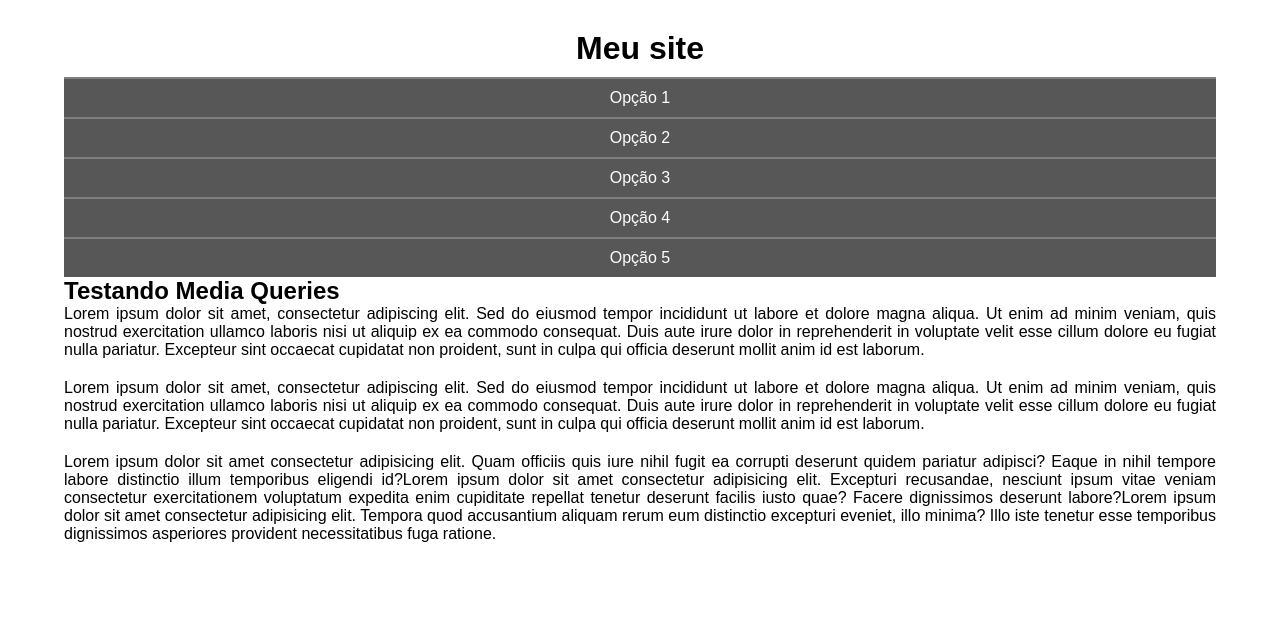
Repository: Sandro1969-tech/menu-hamburger
Page: index.html
The author's editor kept a copy of each file at every save. The page is drawn from the files as they stood at one save, then again after a run of saves.
The browser window is 1280 px wide. The pictures show the whole page.

Above is the page before, as saved 2025-12-25 18:34:57.

After the next 2 saves:
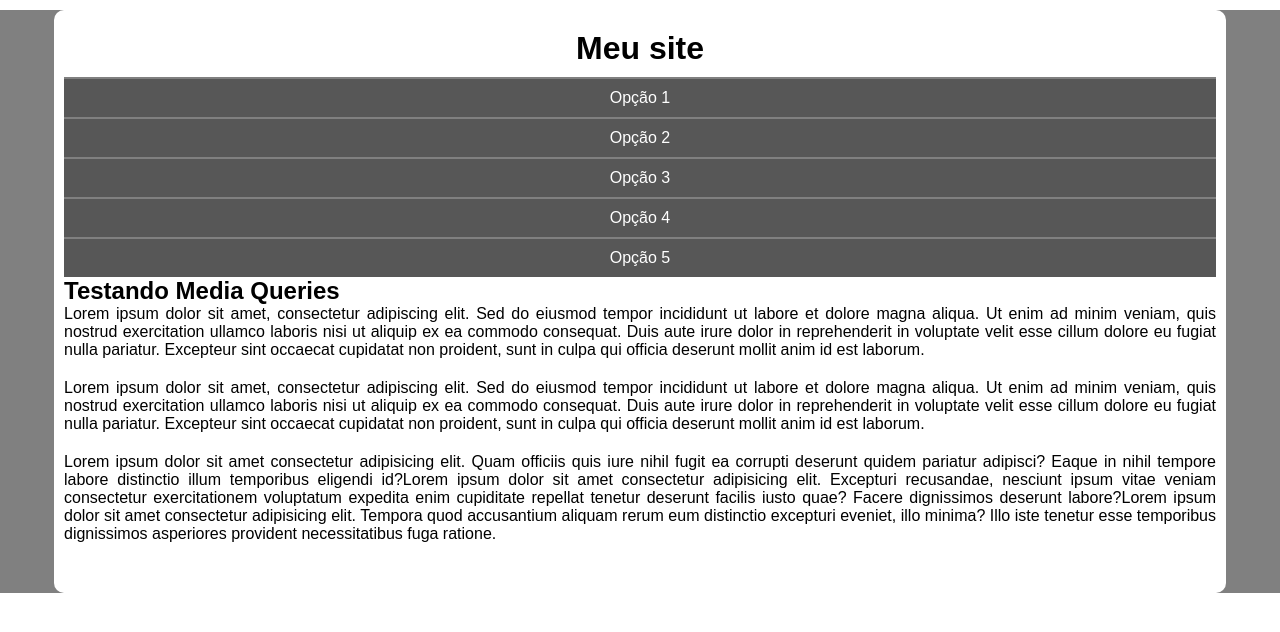
The 2 saves are shown as one change because they came seconds apart.
The last was saved 7 s later.
--- a/style.css
+++ b/style.css
@@ -11,7 +11,7 @@ body html {
     rgba(119, 136, 153, 0.459);
 }
 header {
-    background-color:
+    background-color: grey
 }
 
 h1 {
